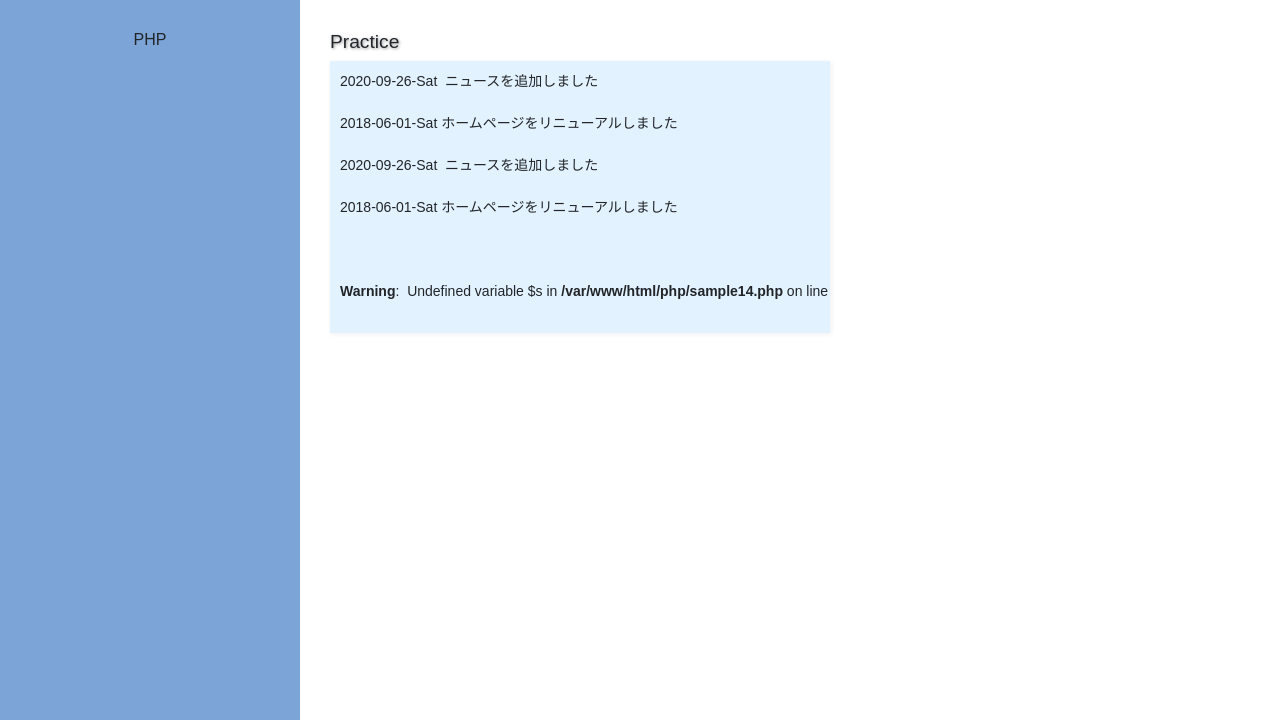
Repository: takeco/practice
Page: http://localhost/php/sample14.php
The author's editor kept a copy of each file at every save. The page is drawn from the files as they stood at one save, then again after the next save.
The browser window is 1280 px wide. The pictures show the whole page.
The page is run by PHP 8.4 with error messages shown; the project is at /var/www/html/.

Above is the page before, as saved 2020-09-26 09:22:36.

After the next save:
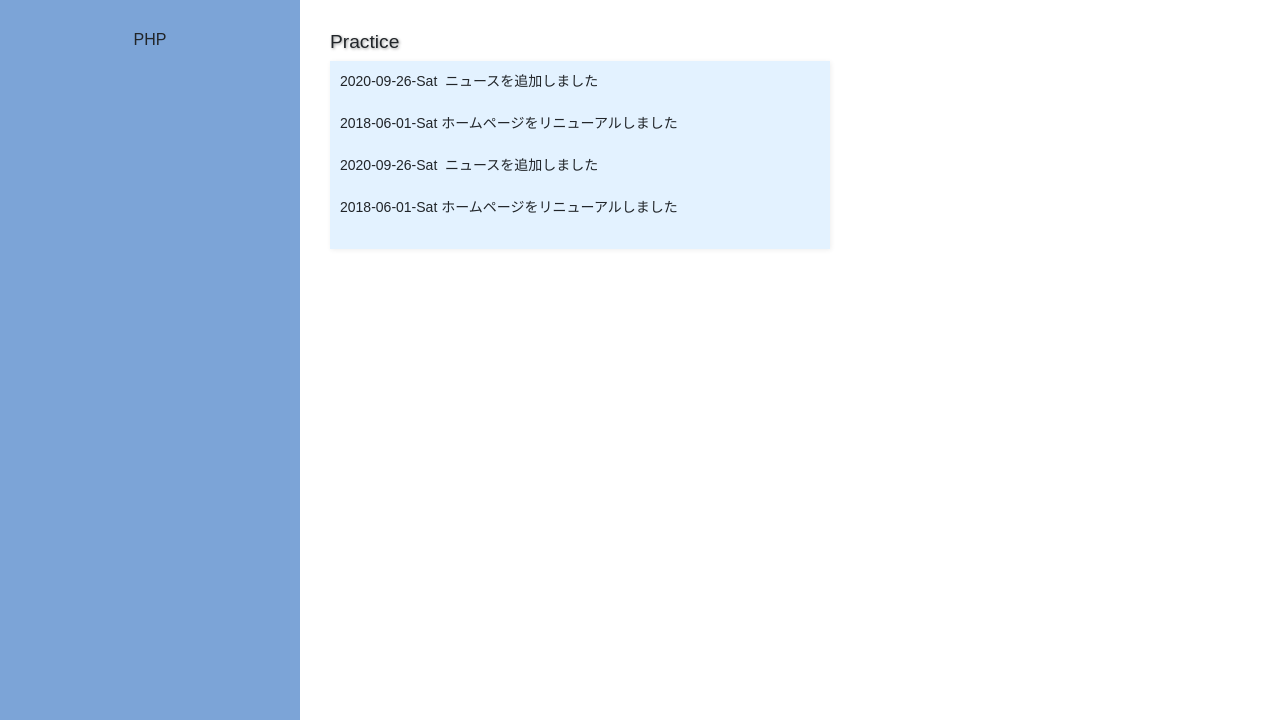
Saved 10 s later.
--- a/php/sample14.php
+++ b/php/sample14.php
@@ -25,8 +25,8 @@ $news = file_get_contents('../news_data/news.txt');
 readfile('../news_data/news.txt');
 print($news);
 
-$s = $s . 'add';
-$s .= 'add';
+// $s = $s . 'add';
+// $s .= 'add';
 
 ?>
 </pre>
